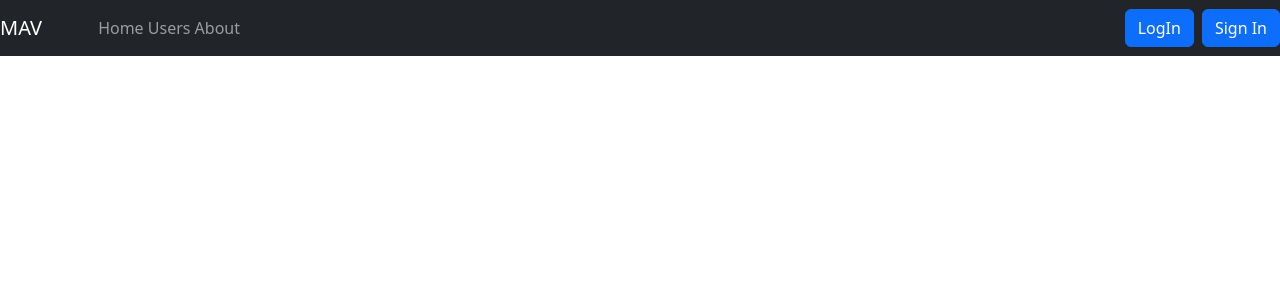
Repository: Dekabrist94/Bootstrap-First-Page
Page: /
These files come from the project's save history. The page is drawn as it stood at one moment and after the next save; the edit follows.
The browser window is 1280 px wide. The pictures show the whole page.
The project was rebuilt for these pictures with package versions that can differ from the ones it lists, and the page was loaded fresh each time.

Above is the page before, as saved 2023-04-07 23:53:23.

### src/App.js
import React from 'react';
import { Navibar } from './components/Navibar';
import 'bootstrap/dist/css/bootstrap.min.css';

function App() {
  return <Navibar />;
}

export default App;

### src/components/Navibar.js
import React from 'react';
import { Nav, Navbar, Button, Link } from 'react-bootstrap';

export const Navibar = () => {
  return (
    <>
      <Navbar collapseOnSelect expand="lg" bg="dark" variant="dark">
        <Navbar.Brand className="me-5">MAV</Navbar.Brand> {/*LOGO */}
        <Navbar.Toggle aria-controls="responsive-navbar-nav" /> {/* Svernut Menu */}
        <Navbar.Collapse id="responsive-navbar-nav">
          {/*Razvernut Menu */}
          <Nav className="me-auto">
            <Nav.Link>Home Users About</Nav.Link>
          </Nav>
          <Nav>
            <Button variant="primary" className="me-2">
              LogIn
            </Button>
            <Button variant="primary">Sign In</Button>
          </Nav>
        </Navbar.Collapse>
      </Navbar>
    </>
  );
};

Loaded but not shown: public/index.html (common file); src/index.js (common file); src/index.css (common file); src/reportWebVitals.js (common file)

After the next save:
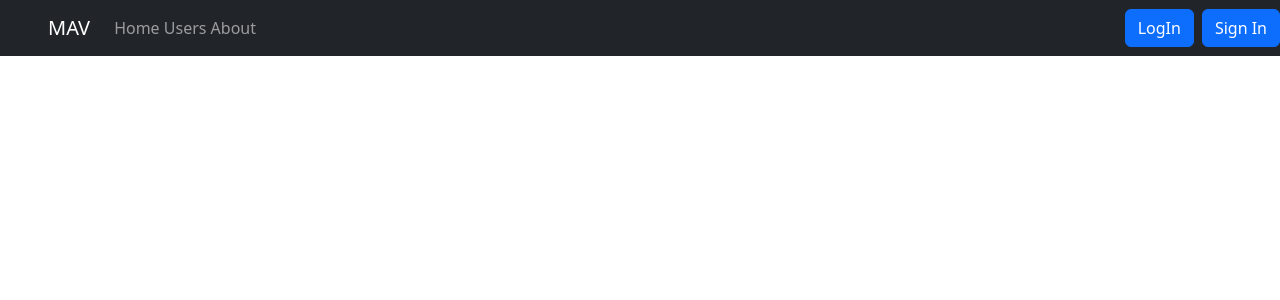
Saved 20 s later.
--- a/src/components/Navibar.js
+++ b/src/components/Navibar.js
@@ -5,7 +5,7 @@ export const Navibar = () => {
   return (
     <>
       <Navbar collapseOnSelect expand="lg" bg="dark" variant="dark">
-        <Navbar.Brand className="me-5">MAV</Navbar.Brand> {/*LOGO */}
+        <Navbar.Brand className="ms-5">MAV</Navbar.Brand> {/*LOGO */}
         <Navbar.Toggle aria-controls="responsive-navbar-nav" /> {/* Svernut Menu */}
         <Navbar.Collapse id="responsive-navbar-nav">
           {/*Razvernut Menu */}
